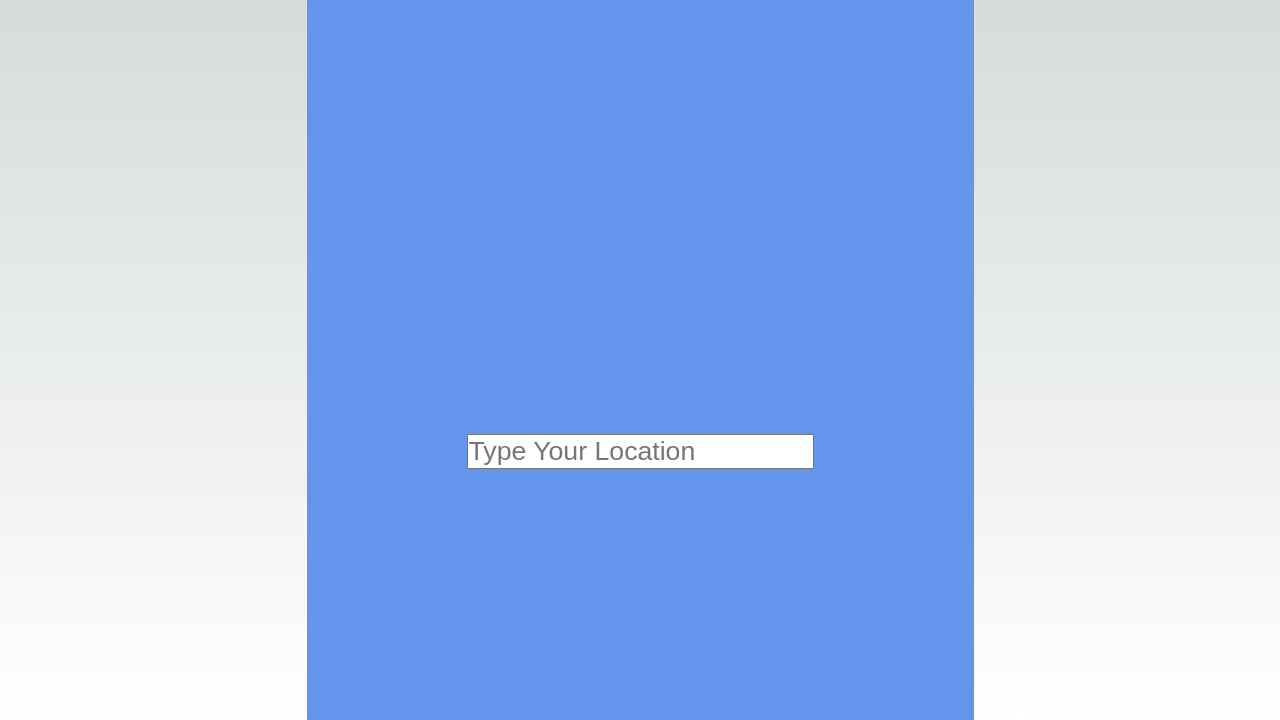
Repository: Heidingg/weather_app
Page: /
An editor plug-in stored every save of this project. The page is shown before and after the next save, followed by the edit.
The browser window is 1280 px wide. The pictures show the whole page.
The project was rebuilt for these pictures with package versions that can differ from the ones it lists, and the page was loaded fresh each time. The framework's server and built-in components were replaced by stand-ins that run in the browser. Also part of the build but not shown: next.config.js.

Above is the page before, as saved 2023-01-19 22:40:36.

### pages/index.js
import Head from 'next/head';
import Image from 'next/image';
import { Inter } from '@next/font/google';
import styles from '../styles/Home.module.css';
import { useState } from 'react';
import React from 'react';
import axios from 'axios';

const inter = Inter({ subsets: ['latin'] })

export default function Home() {

  const [location, setLocation] = useState('');
  const [data, setData] = useState({});
  const [weather, setWeather] = useState();
  const [main, setMain] = useState();
  const [wind, setWind] = useState();
  const [errorMessage, setErrorMessage] = useState('');
  const [icon, setIcon] = useState('');
  var lang = "en";
  var units = "metric";
  var apiKey = "8a3b66428312171f7c96dafa7cbc5a31";

  const url = `https://api.openweathermap.org/data/2.5/weather?q=${location}&units=${units}&appid=${apiKey}&lang=${lang}`;


  const searchLocation = (event) => {
    if (event.key === 'Enter') {
      axios.get(url)
        .then((response) => {
          console.clear();
          setData(response.data);
          console.log(response.data);
          setWeather(response.data.weather);
          setWind(response.data.wind);
          setIcon(response.data.icon);
          setErrorMessage("");
        }).catch(err => {
          console.log(err);
          setErrorMessage("Please enter another location")
          setData({});
          setWeather();
          setMain();
          setWind();
          setIcon();
        })
      setLocation('')
    }
  }


  return (
    <>
      <Head>
        <title>Loweather</title>
        <meta name="description" content="Generated by create next app" />
        <meta name="viewport" content="width=device-width, initial-scale=1" />
        <link rel="icon" href="cloudy.png" alt=""/>
      </Head>

      <main className={styles.main}>
        <div className={styles.location}></div>
          <div className={styles.locationIcon}>
          <div className={styles.locationName}>
            {data.name}
          </div>
        </div>

        <div className={styles.errorMess}>{errorMessage}</div>
        <input
          value={location}
          onChange={event => setLocation(event.target.value)}
          placeholder="Type Your Location"
          onKeyDown={searchLocation}
          type="text"
        >
        </input>

        <div className={styles.weatherData}>
          <div className={styles.weatherCondition}>
            {
              weather && weather.map((w, index) => {
                return (
                  <div key={index}>
                    <div className>{w.icon}</div>
                    <img className={styles.iconStyle} src={`http://openweathermap.org/img/wn/${w.icon}@2x.png`}></img>
                    <div className>{w.main}</div>
                  </div>
                )
              })
            }
          </div>

          {
            weather && weather.map((w, index) => {
              return (
                <div key={index}>
                  <div className>{w.description}</div>
                </div>
              )
            })
          }

          {
            main && weather.map(() => {
              return (
                <div>
                  <div className={styles.weatherTemp}>Temperature: {main.temp}&#176;C</div>
                  <div className={styles.weatherFeel}>Feels like: {main.feels_like}&#176;C</div>
                </div>
              )
            })
          }

          {
            wind && weather.map(() => {
              return (
                <div>
                  <div className={styles.weatherWind}>Wind: {wind.gust} m/s</div>
                </div>
              )
            })
          }

        </div>
      </main>
    </>
)
}

### styles/globals.css
:root {
  --max-width: 1100px;
  --border-radius: 12px;
  --font-mono: ui-monospace, Menlo, Monaco, 'Cascadia Mono', 'Segoe UI Mono',
    'Roboto Mono', 'Oxygen Mono', 'Ubuntu Monospace', 'Source Code Pro',
    'Fira Mono', 'Droid Sans Mono', 'Courier New', monospace;

  --foreground-rgb: 0, 0, 0;
  --background-start-rgb: 214, 219, 220;
  --background-end-rgb: 255, 255, 255;

  --primary-glow: conic-gradient(
    from 180deg at 50% 50%,
    #16abff33 0deg,
    #0885ff33 55deg,
    #54d6ff33 120deg,
    #0071ff33 160deg,
    transparent 360deg
  );
  --secondary-glow: radial-gradient(
    rgba(255, 255, 255, 1),
    rgba(255, 255, 255, 0)
  );

  --tile-start-rgb: 239, 245, 249;
  --tile-end-rgb: 228, 232, 233;
  --tile-border: conic-gradient(
    #00000080,
    #00000040,
    #00000030,
    #00000020,
    #00000010,
    #00000010,
    #00000080
  );

  --callout-rgb: 238, 240, 241;
  --callout-border-rgb: 172, 175, 176;
  --card-rgb: 180, 185, 188;
  --card-border-rgb: 131, 134, 135;
}

@media (prefers-color-scheme: dark) {
  :root {
    --foreground-rgb: 255, 255, 255;
    --background-start-rgb: 0, 0, 0;
    --background-end-rgb: 0, 0, 0;

    --primary-glow: radial-gradient(rgba(1, 65, 255, 0.4), rgba(1, 65, 255, 0));
    --secondary-glow: linear-gradient(
      to bottom right,
      rgba(1, 65, 255, 0),
      rgba(1, 65, 255, 0),
      rgba(1, 65, 255, 0.3)
    );

    --tile-start-rgb: 2, 13, 46;
    --tile-end-rgb: 2, 5, 19;
    --tile-border: conic-gradient(
      #ffffff80,
      #ffffff40,
      #ffffff30,
      #ffffff20,
      #ffffff10,
      #ffffff10,
      #ffffff80
    );

    --callout-rgb: 20, 20, 20;
    --callout-border-rgb: 108, 108, 108;
    --card-rgb: 100, 100, 100;
    --card-border-rgb: 200, 200, 200;
  }
}

* {
  box-sizing: border-box;
  padding: 0;
  margin: 0;
  font-family: "Montserrat", sans-serif;
  font-size: 20pt;
}

.input{
  width: 80%;
  display: flex;
  background-color: lightblue;
}

html,
body {
  max-width: 100vw;
  overflow-x: hidden;
  display: grid;
  place-items: center;
  min-height: 100vh;;
}

body {
  color: rgb(var(--foreground-rgb));
  background: linear-gradient(
      to bottom,
      transparent,
      rgb(var(--background-end-rgb))
    )
    rgb(var(--background-start-rgb));
}

a {
  color: inherit;
  text-decoration: none;
}

@media (prefers-color-scheme: dark) {
  html {
    color-scheme: dark;
  }
}

### styles/Home.module.css
.main {
  display: flex;
  flex-direction: column;
  justify-content: space-between;
  align-items: center;
  padding: 6rem;
  min-height: 100vh;
  background-color: cornflowerblue;
}

.description {
  display: inherit;
  justify-content: inherit;
  align-items: inherit;
  font-size: 0.85rem;
  max-width: var(--max-width);
  width: 100%;
  z-index: 2;
  font-family: var(--font-mono);
}

.description a {
  display: flex;
  justify-content: center;
  align-items: center;
  gap: 0.5rem;
}

.description p {
  position: relative;
  margin: 0;
  padding: 1rem;
  background-color: rgba(var(--callout-rgb), 0.5);
  border: 1px solid rgba(var(--callout-border-rgb), 0.3);
  border-radius: var(--border-radius);
}

.code {
  font-weight: 700;
  font-family: var(--font-mono);
}

.grid {
  display: grid;
  grid-template-columns: repeat(4, minmax(25%, auto));
  width: var(--max-width);
  max-width: 100%;
}

.card {
  padding: 1rem 1.2rem;
  border-radius: var(--border-radius);
  background: rgba(var(--card-rgb), 0);
  border: 1px solid rgba(var(--card-border-rgb), 0);
  transition: background 200ms, border 200ms;
}

.card span {
  display: inline-block;
  transition: transform 200ms;
}

.card h2 {
  font-weight: 600;
  margin-bottom: 0.7rem;
}

.card p {
  margin: 0;
  opacity: 0.6;
  font-size: 0.9rem;
  line-height: 1.5;
  max-width: 30ch;
}

.center {
  display: flex;
  justify-content: center;
  align-items: center;
  position: relative;
  padding: 4rem 0;
}

.center::before {
  background: var(--secondary-glow);
  border-radius: 50%;
  width: 480px;
  height: 360px;
  margin-left: -400px;
}

.center::after {
  background: var(--primary-glow);
  width: 240px;
  height: 180px;
  z-index: -1;
}

.center::before,
.center::after {
  content: '';
  left: 50%;
  position: absolute;
  filter: blur(45px);
  transform: translateZ(0);
}

.logo,
.thirteen {
  position: relative;
}

.thirteen {
  display: flex;
  justify-content: center;
  align-items: center;
  width: 75px;
  height: 75px;
  padding: 25px 10px;
  margin-left: 16px;
  transform: translateZ(0);
  border-radius: var(--border-radius);
  overflow: hidden;
  box-shadow: 0px 2px 8px -1px #0000001a;
}

.thirteen::before,
.thirteen::after {
  content: '';
  position: absolute;
  z-index: -1;
}

/* Conic Gradient Animation */
.thirteen::before {
  animation: 6s rotate linear infinite;
  width: 200%;
  height: 200%;
  background: var(--tile-border);
}

/* Inner Square */
.thirteen::after {
  inset: 0;
  padding: 1px;
  border-radius: var(--border-radius);
  background: linear-gradient(
    to bottom right,
    rgba(var(--tile-start-rgb), 1),
    rgba(var(--tile-end-rgb), 1)
  );
  background-clip: content-box;
}

/* Enable hover only on non-touch devices */
@media (hover: hover) and (pointer: fine) {
  .card:hover {
    background: rgba(var(--card-rgb), 0.1);
    border: 1px solid rgba(var(--card-border-rgb), 0.15);
  }

  .card:hover span {
    transform: translateX(4px);
  }
}

@media (prefers-reduced-motion) {
  .thirteen::before {
    animation: none;
  }

  .card:hover span {
    transform: none;
  }
}

/* Mobile */
@media (max-width: 700px) {
  .content {
    padding: 4rem;
  }

  .grid {
    grid-template-columns: 1fr;
    margin-bottom: 120px;
    max-width: 320px;
    text-align: center;
  }

  .card {
    padding: 1rem 2.5rem;
  }

  .card h2 {
    margin-bottom: 0.5rem;
  }

  .center {
    padding: 8rem 0 6rem;
  }

  .center::before {
    transform: none;
    height: 300px;
  }

  .description {
    font-size: 0.8rem;
  }

  .description a {
    padding: 1rem;
  }

  .description p,
  .description div {
    display: flex;
    justify-content: center;
    position: fixed;
    width: 100%;
  }

  .description p {
    align-items: center;
    inset: 0 0 auto;
    padding: 2rem 1rem 1.4rem;
    border-radius: 0;
    border: none;
    border-bottom: 1px solid rgba(var(--callout-border-rgb), 0.25);
    background: linear-gradient(
      to bottom,
      rgba(var(--background-start-rgb), 1),
      rgba(var(--callout-rgb), 0.5)
    );
    background-clip: padding-box;
    backdrop-filter: blur(24px);
  }

  .description div {
    align-items: flex-end;
    pointer-events: none;
    inset: auto 0 0;
    padding: 2rem;
    height: 200px;
    background: linear-gradient(
      to bottom,
      transparent 0%,
      rgb(var(--background-end-rgb)) 40%
    );
    z-index: 1;
  }
}

/* Tablet and Smaller Desktop */
@media (min-width: 701px) and (max-width: 1120px) {
  .grid {
    grid-template-columns: repeat(2, 50%);
  }
}

@media (prefers-color-scheme: dark) {
  .vercelLogo {
    filter: invert(1);
  }

  .logo,
  .thirteen img {
    filter: invert(1) drop-shadow(0 0 0.3rem #ffffff70);
  }
}

@keyframes rotate {
  from {
    transform: rotate(360deg);
  }
  to {
    transform: rotate(0deg);
  }
}

Loaded but not shown: pages/_app.js (common file); pages/_document.js (common file)

After the next save:
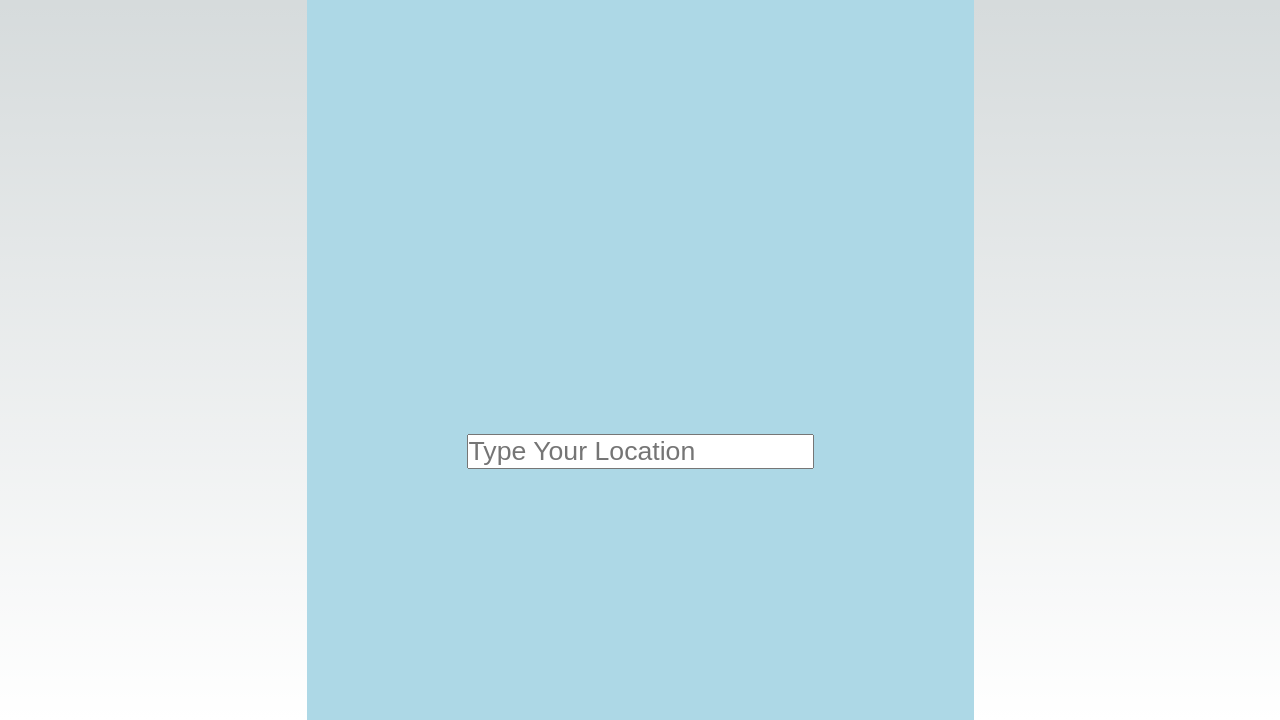
Saved 19 s later.
--- a/styles/Home.module.css
+++ b/styles/Home.module.css
@@ -5,7 +5,7 @@
   align-items: center;
   padding: 6rem;
   min-height: 100vh;
-  background-color: cornflowerblue;
+  background-color: lightblue;
 }
 
 .description {
